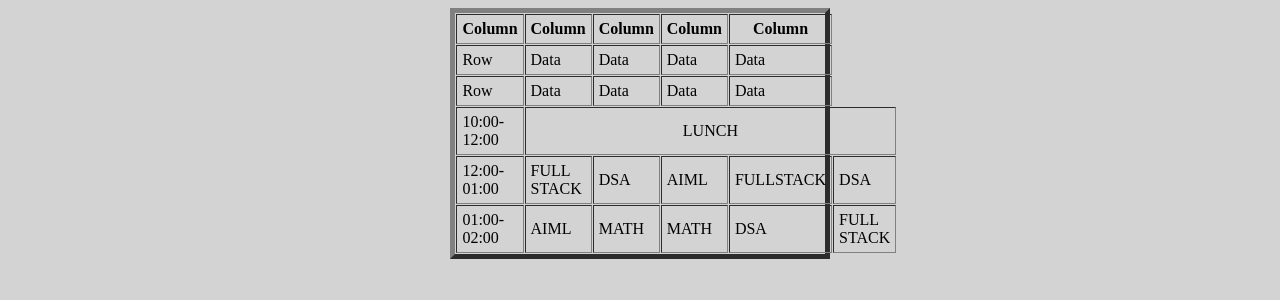
Repository: AdityaTech-Pro/FullStackWithBridgelabz
Page: Assignment2/table/index.html
These files come from the project's save history. The page is drawn as it stood at one moment and after the next save; the edit follows.
The browser window is 1280 px wide. The pictures show the whole page.

Above is the page before, as saved 2025-10-15 08:40:11.

After the next save:
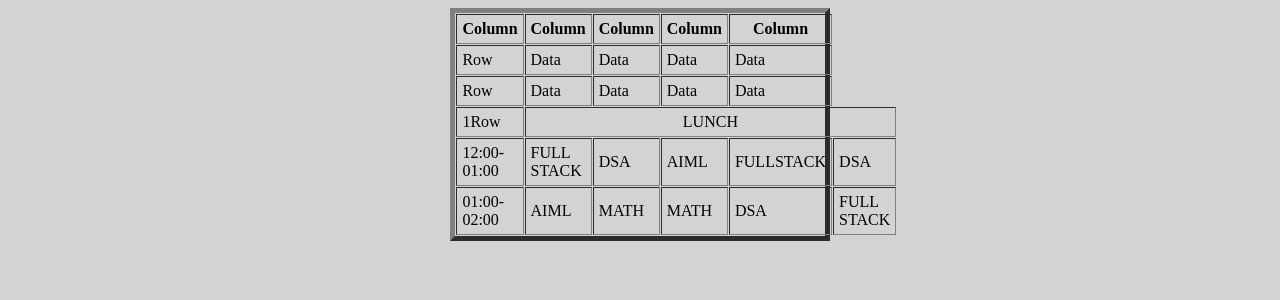
Saved 14 s later.
--- a/Assignment2/table/index.html
+++ b/Assignment2/table/index.html
@@ -52,7 +52,7 @@
             <td>Data</td>
         </tr>
         <tr>
-            <td>10:00-12:00</td>
+            <td>1Row</td>
             <td colspan="5">
                 <center>LUNCH</center>
             </td>
